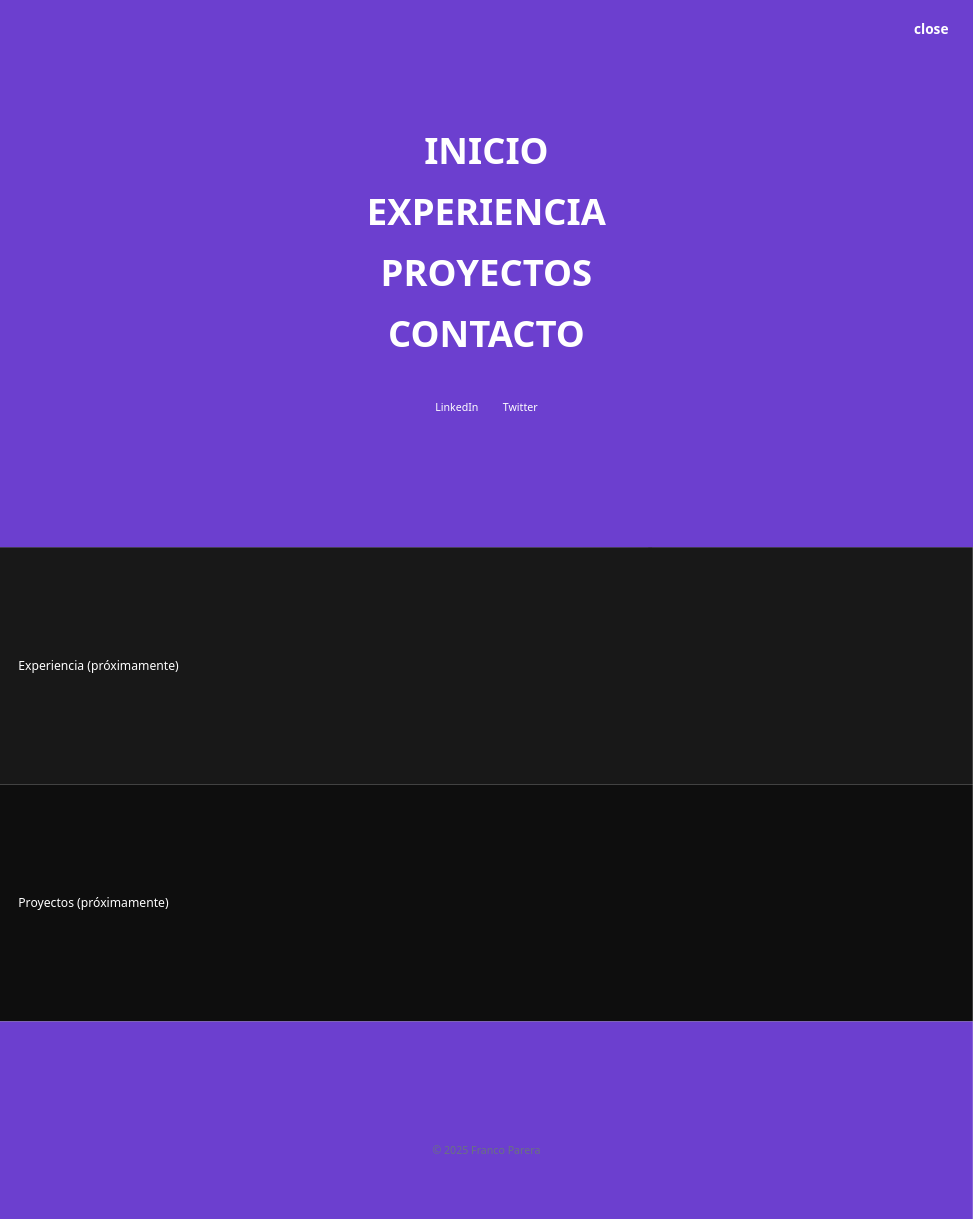
Repository: francoluca35/portfolio-franco-dev
Page: /, after clicking the first element matching `button.space-y-2`
These files come from the project's save history. The page is drawn as it stood at one moment and after the next save; the edit follows.
The browser window is 1280 px wide. The pictures show the whole page, at 76% of full size.
The project was rebuilt for these pictures with package versions that can differ from the ones it lists, and the page was loaded fresh each time. The framework's server and built-in components were replaced by stand-ins that run in the browser. Also part of the build but not shown: next.config.js.

Above is the page before, as saved 2025-05-06 01:40:49.

### app/layout.jsx
import Nav from "../components/Nav";
import "../styles/globals.css";

export const metadata = {
  title: "Franco Parera | Desarrollador Web Fullstack",
  description:
    "Portfolio de Franco Parera, desarrollador web especializado en React, Next.js y soluciones escalables.",
  keywords:
    "desarrollador web, portfolio, frontend, backend, next.js, react, diseño web, SEO, Buenos Aires",
  authors: [{ name: "Franco Parera" }],
  creator: "Franco Parera",
  openGraph: {
    title: "Franco Parera | Desarrollador Web",
    description:
      "Conocé mis proyectos como desarrollador web fullstack. Diseño moderno, rendimiento y SEO.",
    url: "https://tusitio.com",
    siteName: "Franco Parera | Portfolio",
    images: [
      {
        url: "https://tusitio.com/og-image.jpg",
        width: 1200,
        height: 630,
        alt: "Imagen portfolio Franco",
      },
    ],
    locale: "es_AR",
    type: "website",
  },
  twitter: {
    card: "summary_large_image",
    title: "Franco Parera | Desarrollador Web",
    description:
      "Portfolio profesional de Franco Parera con proyectos reales, experiencia y habilidades técnicas.",
    images: ["https://tusitio.com/og-image.jpg"],
  },
};

export default function RootLayout({ children }) {
  return (
    <html lang="es">
      <head>
        <meta name="viewport" content="width=device-width, initial-scale=1" />
        <link rel="icon" href="/favicon.ico" />
      </head>
      <body className="antialiased scroll-smooth">
        <Nav />
        <div className="pt-20">{children}</div>{" "}
      </body>
    </html>
  );
}

### app/page.jsx
import Hero from "../components/Hero";
import Experience from "../components/Experience";
import Projects from "../components/Projects";
import Footer from "../components/Footer";

export default function HomePage() {
  return (
    <main>
      <section id="inicio">
        <Hero />
      </section>

      <section id="experiencia" className="bg-[#181818] text-white py-20 px-6">
        <Experience />
      </section>

      <section id="proyectos" className="bg-[#0E0E0E] text-white py-20 px-6">
        <Projects />
      </section>

      <section id="contacto" className="bg-[#6C3FCF] text-white py-20 px-6">
        <Footer />
      </section>
    </main>
  );
}

### components/Nav.jsx
"use client";

import { useState, useEffect } from "react";
import Link from "next/link";
import { motion, AnimatePresence } from "framer-motion";

export default function Nav() {
  const [isOpen, setIsOpen] = useState(false);
  const [scrolled, setScrolled] = useState(false);

  useEffect(() => {
    const handleScroll = () => {
      setScrolled(window.scrollY > 10);
    };
    window.addEventListener("scroll", handleScroll);
    return () => window.removeEventListener("scroll", handleScroll);
  }, []);

  return (
    <>
      {/* Navbar superior */}
      <nav
        className={`fixed w-full px-6 py-4 flex justify-between items-center z-50 transition-colors duration-300 ${
          scrolled ? "bg-[#570c6c4b] shadow-lg" : "bg-transparent"
        }`}
      >
        <h1 className="text-2xl font-bold text-[#0fc555]">FranComputer</h1>

        <button onClick={() => setIsOpen(true)} className="space-y-2">
          <span className="block w-6 h-0.5 bg-[#0fc555]"></span>
          <span className="block w-6 h-0.5 bg-[#0fc555]"></span>
        </button>
      </nav>

      {/* Menú fullscreen */}
      <AnimatePresence>
        {isOpen && (
          <motion.div
            initial={{ opacity: 0 }}
            animate={{ opacity: 1 }}
            exit={{ opacity: 0 }}
            className="fixed inset-0 bg-[#6C3FCF] text-white flex flex-col items-center justify-center text-5xl font-extrabold z-50"
          >
            <button
              onClick={() => setIsOpen(false)}
              className="absolute top-6 right-8 text-lg font-bold"
            >
              close
            </button>

            <ul className="space-y-8 text-center">
              <li>
                <Link href="#inicio" onClick={() => setIsOpen(false)}>
                  INICIO
                </Link>
              </li>
              <li>
                <Link href="#experiencia" onClick={() => setIsOpen(false)}>
                  EXPERIENCIA
                </Link>
              </li>
              <li>
                <Link href="#proyectos" onClick={() => setIsOpen(false)}>
                  PROYECTOS
                </Link>
              </li>
              <li>
                <Link href="#contacto" onClick={() => setIsOpen(false)}>
                  CONTACTO
                </Link>
              </li>
            </ul>

            <div className="text-sm font-light mt-16 flex gap-8">
              <a
                href="https://linkedin.com/in/francoparera"
                target="_blank"
                rel="noopener noreferrer"
              >
                LinkedIn
              </a>
              <a
                href="https://twitter.com"
                target="_blank"
                rel="noopener noreferrer"
              >
                Twitter
              </a>
            </div>
          </motion.div>
        )}
      </AnimatePresence>
    </>
  );
}

### components/Hero.jsx
"use client";
import { motion } from "framer-motion";
import Image from "next/image";

export default function Hero() {
  return (
    <section className="-mt-20 relative w-full min-h-screen text-white flex items-center justify-center sm:px-12 py-20 bg-gradient-to-br from-[#1f0d3a] via-[#36147f] to-[#6C3FCF]">
      {/* Fondo negro a la derecha */}
      <div className="hidden md:block absolute top-0 right-0 w-1/3 h-full bg-[#181818] z-0" />

      {/* Difuminado entre violeta y negro */}
      <div className="hidden md:block absolute top-0 right-[33%] w-24 h-full bg-gradient-to-r from-transparent to-[#181818] z-10" />

      {/* Contenido */}
      <div className="relative z-20 max-w-6xl w-full flex flex-col items-center md:flex-row md:items-center md:justify-between gap-10 md:gap-0">
        {/* Imagen arriba en mobile, a la derecha en desktop */}
        <motion.div
          initial={{ opacity: 0, scale: 0.95 }}
          animate={{ opacity: 1, scale: 1 }}
          transition={{ duration: 0.6 }}
          className="relative flex justify-center"
        >
          {/* Cuadro blanco detrás */}
          <div className="absolute top-6 left-6 w-60 h-60 md:w-80 md:h-80 border border-white z-0" />

          {/* Imagen principal */}
          <div className="relative w-60 h-60 md:w-80 md:h-80 shadow-2xl overflow-hidden z-10">
            <Image
              src="/assets/yo-franco.png"
              alt="Foto de Franco"
              fill
              className="object-cover"
              priority
            />
          </div>
        </motion.div>

        {/* Texto debajo en mobile, izquierda en desktop */}
        <div className="text-center md:text-left md:w-1/2 space-y-6">
          <motion.h1
            initial={{ opacity: 0, y: 20 }}
            animate={{ opacity: 1, y: 0 }}
            transition={{ duration: 0.6 }}
            className="text-4xl sm:text-5xl font-extrabold text-[#0fc573]"
          >
            Fullstack Developer.
          </motion.h1>

          <motion.p
            initial={{ opacity: 0, y: 20 }}
            animate={{ opacity: 1, y: 0 }}
            transition={{ delay: 0.2, duration: 0.6 }}
            className="text-base sm:text-lg text-white max-w-xl mx-auto md:mx-0"
          >
            Me especializo en crear productos digitales modernos, escalables y
            con gran experiencia de usuario.
          </motion.p>
          <motion.p
            initial={{ opacity: 0, y: 20 }}
            animate={{ opacity: 1, y: 0 }}
            transition={{ delay: 0.2, duration: 0.6 }}
            className="text-base sm:text-lg text-white max-w-xl mx-auto md:mx-0"
          >
            <div className="grid grid-cols-1 sm:grid-cols-2 gap-3 text-sm text-white/90 max-w-lg mx-auto md:mx-0 pt-4">
              <p>• Diseño UI/UX, APIs y bases de datos</p>
              <p>• Web apps responsivas y animadas</p>
              <p>• Código limpio, moderno y reutilizable</p>
              <p>• Experiencia en proyectos internacionales</p>
            </div>
          </motion.p>
        </div>
      </div>
    </section>
  );
}

### components/Experience.jsx
export default function Experience() { return <section className="my-16">Experiencia (próximamente)</section>; }

### components/Projects.jsx
export default function Projects() { return <section className="my-16">Proyectos (próximamente)</section>; }

### components/Footer.jsx
export default function Footer() { return <footer className="mt-20 text-center text-sm text-gray-500">© 2025 Franco Parera</footer>; }

### tailwind.config.js
/** @type {import('tailwindcss').Config} */
module.exports = {
  content: [
    "./app/**/*.{js,ts,jsx,tsx}",
    "./components/**/*.{js,ts,jsx,tsx}",
  ],
  darkMode: 'class',
  theme: {
    extend: {},
  },
  plugins: [],
}

Loaded but not shown: styles/globals.css (common file)

After the next save:
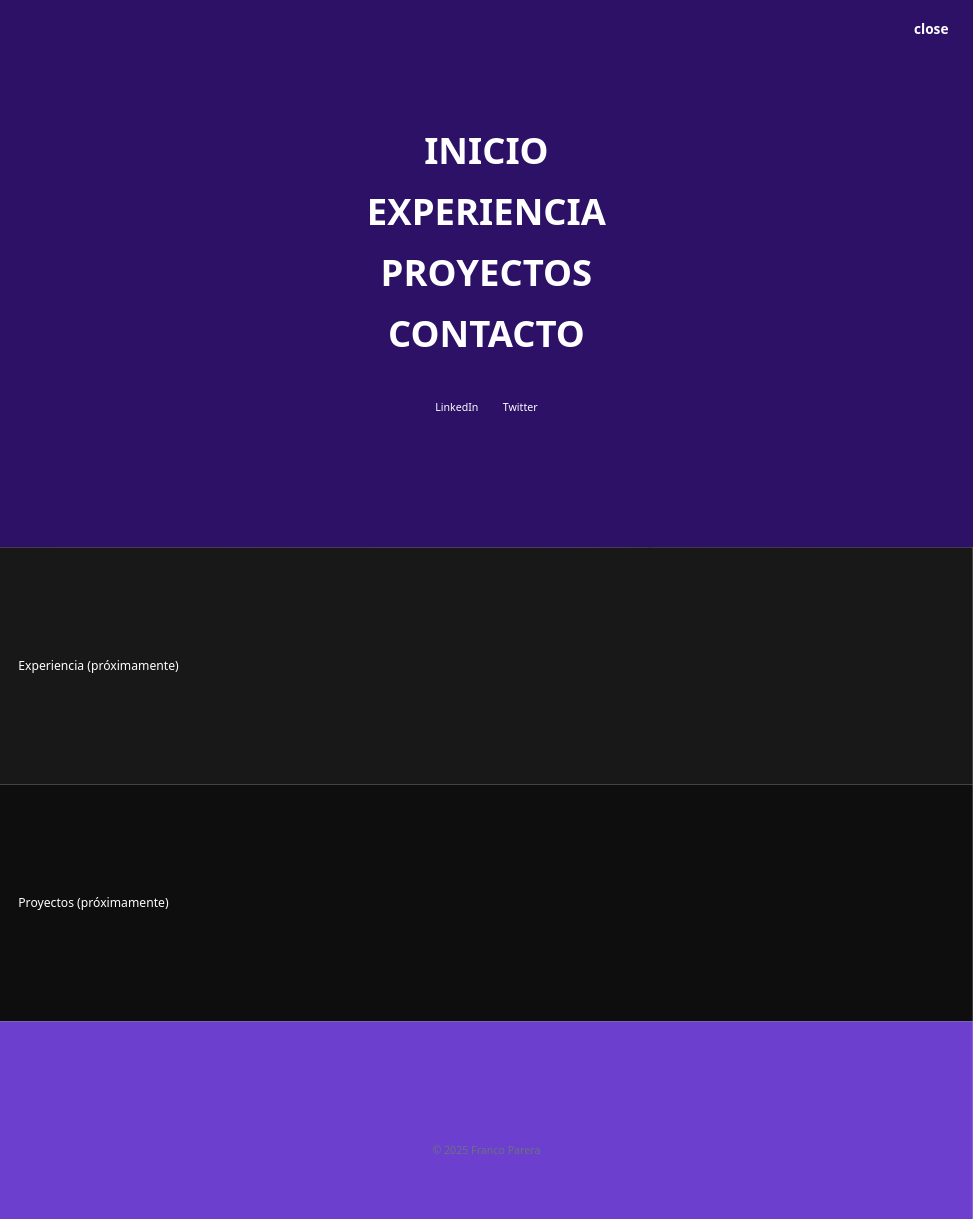
Saved 50 s later.
--- a/components/Nav.jsx
+++ b/components/Nav.jsx
@@ -39,7 +39,7 @@ export default function Nav() {
             initial={{ opacity: 0 }}
             animate={{ opacity: 1 }}
             exit={{ opacity: 0 }}
-            className="fixed inset-0 bg-[#6C3FCF] text-white flex flex-col items-center justify-center text-5xl font-extrabold z-50"
+            className="fixed inset-0 bg-[#2c1167] text-white flex flex-col items-center justify-center text-5xl font-extrabold z-50"
           >
             <button
               onClick={() => setIsOpen(false)}
